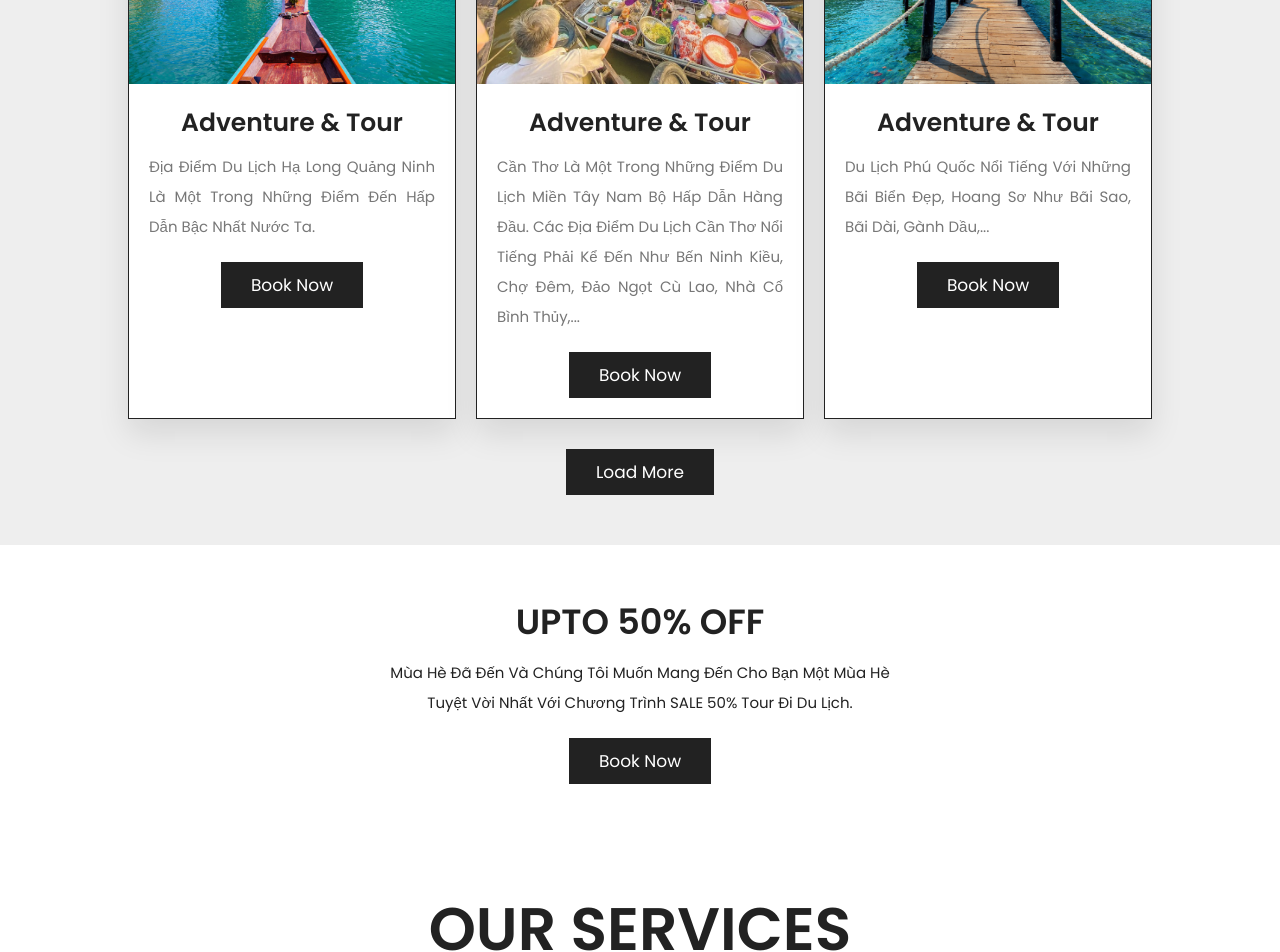
Repository: CTCuong/Traveloka-Web
Page: http://localhost/assets/home.php
An editor plug-in stored every save of this project. The page is shown before and after the next save, followed by the edit.
The browser window is 1280 px wide. The pictures show the part of the page from y = 1386 to 2338 px (the page is 3425 px tall before and 3365 px after).
Backgrounds fixed to the window are drawn as part of the page. The page is run by PHP 8.4 with error messages shown; the project is at /var/www/html/.

Above is the page before, as saved 2023-07-24 20:16:42.
Console error: TypeError: Cannot set properties of null (setting 'onclick')

### assets/home.php
<!DOCTYPE html>
<html lang="en">
<head>
    <meta charset="UTF-8">
    <meta name="viewport" content="width=device-width, initial-scale=1.0">
    <title>Vinfast</title>
    <!--swiper css-->
    <link rel="stylesheet"href="https://cdn.jsdelivr.net/npm/swiper@9/swiper-bundle.min.css"/>
    <!--font awesome link-->
    <link rel="stylesheet" href="https://cdnjs.cloudflare.com/ajax/libs/font-awesome/6.4.0/css/all.min.css">
    <!-- css file link -->
    <link rel="stylesheet" href="/assets/css/style.css">
</head>
<body>
    <!-- header section starts -->
    <section class="header">
        <a href="home.php" class="logo">Traveloka.</a>

        <nav class="navbar">
            <a href="home.php">Home</a>
            <a href="about.php">About</a>
            <a href="package.php">Package</a>
            <a href="book.php">Book</a>

        </nav>

        <div id="menu-btn" class="fas fa-bars"></div>
    </section>
    <!-- header section ends -->

    <!-- home section starts -->
    <section class="home">

        <div class="swiper home-slider">

            <div class="swiper-wrapper">

                <div class="swiper-slide slide" style="background: url(/assets/image/Content/1.jpg) no-repeat;">
                    <div class="content">
                        <span>tràn an, ninh bình</span>
                        <h3>travel arround việt nam</h3>
                        <a href="package.php" class="btn">discover more</a>
                    </div>
                </div>

                <div class="swiper-slide slide" style="background: url(/assets/image/Content/3.jpg) no-repeat;">
                    <div class="content">
                        <span>phố cổ hội an, đà nẵng</span>
                        <h3>discover the new places</h3>
                        <a href="package.php" class="btn">discover more</a>
                    </div>
                </div>

                <div class="swiper-slide slide" style="background: url(/assets/image/Content/2.jpg) no-repeat;">
                    <div class="content">
                        <span>phú quốc, vịnh thái lan</span>
                        <h3>make your tour worth while</h3>
                        <a href="package.php" class="btn">discover more</a>
                    </div>
                </div>

            </div>
            <div class="swiper-button-next"></div>
            <div class="swiper-button-prev"></div>
        </div>
    </section>
    <!-- home section ends -->

    <!-- home about section strats -->
    <section class="home-about">

        <div class="image">
            <img src="/assets/image/About/1.jpg" alt="">
        </div>

        <div class="content">
            <h3>about us</h3>
            <p>traveloka là một công ty du lịch trực tuyến hàng đầu tại Việt Nam. Chúng tôi cung cấp các dịch vụ đặt phòng khách sạn, vé máy bay,
             và các gói tour du lịch đa dạng, phục vụ nhu cầu của hàng triệu khách hàng trong và ngoài nước. Chúng tôi cam kết mang đến trải nghiệm
             đặt phòng và du lịch thuận tiện, nhanh chóng và tiết kiệm cho người dùng.</p>
            <a href="about.php" class="btn"> read more</a>
        </div>
    </section>

    <!-- home about section ends -->

    <!-- home package section starts -->
    <section class="home-packages">



        <div class="box-container">

            <div class="box">
                <div class="image">
                    <img src="/assets/image/Packages/1.jpg" alt="">
                </div>
                <div class="content">
                    <h3> adventure & tour </h3>
                    <p>Địa điểm du lịch Hạ Long Quảng Ninh là một trong những điểm đến hấp dẫn bậc nhất nước ta. </p>
                    <a href="book.php" class="btn"> book now </a>
                </div>
            </div>

            <div class="box">
                <div class="image">
                    <img src="/assets/image/Packages/3.jpg" alt="">
                </div>
                <div class="content">
                    <h3> adventure & tour </h3>
                    <p> Cần Thơ là một trong những điểm du lịch miền Tây Nam Bộ hấp dẫn hàng đầu. Các địa điểm du lịch Cần Thơ nổi tiếng phải kể đến như  bến Ninh Kiều, chợ Đêm, đảo ngọt Cù Lao, nhà cổ Bình Thủy,... </p>
                    <a href="book.php" class="btn"> book now </a>
                </div>
            </div>

            <div class="box">
                <div class="image">
                    <img src="/assets/image/Packages/2.jpg" alt="">
                </div>
                <div class="content">
                    <h3> adventure & tour </h3>
                    <p>Du lịch Phú Quốc nổi tiếng với những bãi biển đẹp, hoang sơ như Bãi Sao, Bãi Dài, Gành Dầu,...</p>
                    <a href="book.php" class="btn"> book now </a>
                </div>
            </div>

        </div>

        <div class="load-more"> <a href="package.php" class="btn">load more</a></div>

    </section>
    <!-- home package section ends -->

    <!-- home offer section starts -->

    <section class="home-offer">

        <div class="content">

            <h3> upto 50% off</h3>
            <p>Mùa hè đã đến và chúng tôi muốn mang đến cho bạn một mùa hè tuyệt vời nhất với chương trình SALE 50%
            tour đi du lịch. </p>
            <a href="book.php"class="btn"> book now </a>
        </div>
    </section>
    <!-- home offer section ends -->




    <!-- services section starts -->
    <section class="services">
        <h1 class="heading-title"> our services </h1>

        <div class="box-container">

            <div class="box">
                <img src="/assets/image/Services/1.png" alt="">
                <h3> adventure </h3>
            </div>

            <div class="box">
                <img src="/assets/image/Services/2.png" alt="">
                <h3> tour guide </h3>
            </div>

            <div class="box">
                <img src="/assets/image/Services/3.png" alt="">
                <h3> trekking </h3>
            </div>


            <div class="box">
                <img src="/assets/image/Services/4.png" alt="">
                <h3> cam fire </h3>
            </div>

            <div class="box">
                <img src="/assets/image/Services/5.png" alt="">
                <h3> off road </h3>
            </div>

            <div class="box">
                <img src="/assets/image/Services/6.png" alt="">
                <h3> camping </h3>
            </div>

        </div>
    </section>
    <!-- services section ends -->



    <!-- footer section starts -->

    <section class="footer">
        <div class="box-container">

            <div class="box">
                <h3>quick links</h3>
                <a href="home.php"><i class="fas fa-angle-right"></i>Home</a>
                <a href="about.php"><i class="fas fa-angle-right"></i>About</a>
                <a href="package.php"><i class="fas fa-angle-right"></i>Package</a>
                <a href="book.php"><i class="fas fa-angle-right"></i>Book</a>
            </div>

            <div class="box">
                <h3>extra links</h3>
                <a href="#"><i class="fas fa-angle-right"></i> ask question</a>
                <a href="#"><i class="fas fa-angle-right"></i> about us</a>
                <a href="#"><i class="fas fa-angle-right"></i> privacy policy</a>
                <a href="#"><i class="fas fa-angle-right"></i> terms of use</a>
            </div>

            <div class="box">
                <h3>contract info</h3>
                <a href="#"><i class="fas fa-phone"></i> +84 098-326-789 </a>
                <a href="#"><i class="fas fa-phone"></i> +84 023-908-7865 </a>
                <a href="#"><i class="fas fa-envelope"></i> travekhanas@gmail.com </a>
                <a href="#"><i class="fas fa-map"></i> HaNoi, VietNam   </a>
            </div>

            <div class="box">
                <h3>follow us</h3>
                <a href="#"><i class="fab fa-facebook"></i> facebook </a>
                <a href="#"><i class="fab fa-twitter"></i> twitter </a>
                <a href="#"><i class="fab fa-instagram"></i> instagram </a>
                <a href="#"><i class="fab fa-telegram"></i> telegram </a>
            </div>

        </div>

        <div class="credit"> created by <span>mr. Cao Tran Cuong</span> | all rights reserved! </div>
    </section>
    <!-- footer section ends -->

    <!--swiper js-->
    <script src="https://cdn.jsdelivr.net/npm/swiper@9/swiper-bundle.min.js"></script>
    <!-- js file link -->
    <script src="/assets/js/scrip.js"></script>
</body>
</html>

### assets/css/style.css
@import url('https://fonts.googleapis.com/css2?family=Poppins:ital,wght@0,100;0,200;0,300;0,400;0,500;0,600;1,100;1,200;1,300;1,400;1,500;1,600&display=swap');

:root {
    --main-color:#2c9ed3;
    --black:#222;
    --white: #fff;
    --light-black:#777;
    --light-white:#fff9;
    --drak-bg:rgba(0,0,0,.7);
    --light-bg:#eee;
    --border: .1rem solid #222;
    --text-shadow:0 1.5rem 3rem rgba(0,0,0,.3);
    --box-shadow:0 1.5rem 3rem rgba(0,0,0,.1);
}
* {
    font-family: 'Poppins', sans-serif;
    margin: 0; padding: 0;
    outline: none;border: none;
    box-sizing: border-box;
    text-decoration: none;
    text-transform: capitalize;

}

html {
    font-size: 62.5%;
    overflow-x: hidden;
}

html::-webkit-scrollbar {
    width : 1rem;
}

html::-webkit-scrollbar-track {
    background-color: var(--white);
}

html::-webkit-scrollbar-thumb {
    background-color: var(--main-color);
}
section {
    padding: 5rem 10%;
}
.header {
    position: sticky;
    top:0; left: 0; right: 0;
    z-index: 1000;
    background-color: var(--white);
    display: flex;
    padding-top: 2rem;
    padding-bottom: 2rem;
    box-shadow: var(--box-shadow);
    align-items: center;
    justify-content:space-between;
}

.header .logo {
    font-size: 2.5rem;
    color: var(--black);
    font-weight: bold;
}

.header .navbar a {
    font-size: 2rem;
    margin-left: 2rem;
    color: var(--black);
}

#menu-btn {
    font-size: 2.5rem;
    color: var(--black);
    cursor: pointer;
    display: none;
}

.home {
    padding: 0;
}

.home .slide {
    text-align: center;
    padding: 2rem;
    display: flex;
    align-items: center;
    justify-content: center;
    background-size: cover !important;
    background-position: center !important;
    min-height: 60rem;
}

.home .slide .content {
    width: 85rem;
    display: none;
}

.home .swiper-slide-active .content {
    display: inline-block;
}

.home .slide .content span {
    display: block;
    font-size: 2.2rem;
    color: var(--light-white);
    padding-bottom: 1rem;
    animation:fadeIn .4s linear backwards .2s;
}

.home .slide .content h3 {
    font-size: 6vw;
    color: var(--white);
    text-transform: uppercase;
    line-height: 1;
    text-shadow: var(--text-shadow);
    padding: 1rem 0;
    animation:fadeIn .4s linear backwards .4s;
}

.home .slide .content .btn {
    animation:fadeIn .4s linear backwards .6s;
}


@keyframes fadeIn {
    0% {
        transform: scale(0);
        opacity: 0;
    }
}


.heading {
    background-size: cover !important;
    background-position: center !important;
    padding-top: 10rem;
    padding-bottom: 15rem;
    display: flex;
    align-items: center;
    justify-content: center;
}

.heading h1 {
    font-size: 10rem;
    text-transform: uppercase;
    color: var(--white);
    text-shadow: var(--box-shadow);
}

.about {
    display: flex;
    align-items: center;
    flex-wrap: wrap;
    gap:3rem;
}

.about .image {
    flex: 1 1 41rem;
}

.about .image img {
    width: 100%;
}

.about .content {
    flex: 1 1 41rem;
    text-align: center;
}

.about .content h3 {
    font-size: 3rem;
    color: var(--black);
}

.about .content p {
    font-size: 1.5rem;
    color: var(--light-black);
    line-height: 2;
    padding: 1rem 0;
    text-align: justify;
}

.about .content .icons-container {
    margin-top: 2rem;
    display: flex;
    flex-wrap: wrap;
    gap :1.5rem;
    align-items: flex-end;
}

.about .content .icons-container .icons {
    background: var(--light-bg);
    padding: 2rem;
    flex: 1 1  10rem;
}

.about .content .icons-container .icons i {
    font-size: 4rem;
    margin-top: 2rem;
    color:  var(--main-color);
}

.about .content .icons-container .icons span {
    font-size: 1.5rem;
    color: var(--light-black);
    display: block;
}

.reviews {
    background: var(--light-bg);
}

.reviews .slide {
    padding: 2rem;
    border: var(--border);
    background: var(--white);
    text-align: center;
    box-shadow: var(--box-shadow);
    user-select: none;
}

.reviews .slide .stars i {
    font-size: 1.7rem;
    color: var(--main-color);
}

.reviews .slide p {
    font-size: 1.5rem;
    color: var(--light-black);
    line-height: 2;
    padding: 1rem 0;
    text-align: justify;
}

.reviews .slide h3 {
    font-size: 2rem;
    color: var(--black);
}

.reviews .slide span {
    font-size: 1.5rem;
    color: var(--main-color);
    display: block;
}

.reviews .slide img {
    height: 7rem;
    width: 7rem;
    border-radius: 50%;
    object-fit: cover;
    margin-top: 1rem;
}

.reviews .slide .stars {
    padding-bottom: .5rem;
}




.btn {
    display: inline-block;
    background: var(--black);
    margin-top: 1rem;
    color: var(--white);
    font-size: 1.7rem;
    padding: 1rem 3rem;
    cursor: pointer;

}

.btn:hover {
    background: var(--main-color);
}

.home-about {
    display: flex;
    align-items: center;
    flex-wrap: wrap;
}

.home-about .image {
    flex: 1 1 41rem;
}

.home-about .image img {
    width: 100%;

}

.home-about .content {
    flex: 1 1 41rem;
    padding: 3rem;
    background: var(--light-bg);
}

.home-about .content h3 {
    font-size: 3rem;
    color: var(--black);
}

.home-about .content p {
    font-size: 1.5rem;
    padding: 1rem;
    line-height:2 ;
    color: var(--black);
    text-align: justify;
}

.home-packages {
    background: var(--light-bg);
}

.home-packages .box-container .box {
    border: var(--border);
    box-shadow: var(--box-shadow);
    background: var(--white);
}

.home-packages .box-container {
    display: grid;
    grid-template-columns: repeat(auto-fit, minmax(30rem, 1fr));
    gap : 2rem;
}

.home-packages .box-container .box .image {
    height: 25rem;
    overflow: hidden;
}

.home-packages .box-container .box .image img {
    height: 100%;
    width: 100%;
    object-fit: cover;
    transition: .2s linear;
}

.home-packages .box-container .box:hover .image img {
    transform: scale(1.1);

}

.home-packages .box-container .box .content {
    padding: 2rem;
    text-align: center;

}

.home-packages .box-container .box .content h3 {
    font-size: 2.5rem;
    color: var(--black);
}

.home-packages .box-container .box .content p {
    font-size: 1.5rem;
    color: var(--light-black);
    line-height: 2;
    padding: 1rem 0;
    text-align: justify;
}

.home-packages .load-more {
    text-align: center;
    margin-top: 2rem;
}

.home-offer {
    text-align: center;
}

.home-offer .content {
    max-width: 50rem;
    margin: 0 auto;
}

.home-offer .content h3 {
    font-size: 3.5rem;
    text-transform: uppercase;
    color: var(--black);
}

.home-offer .content p {
    font-size: 1.5rem;
    color: var(--black);
    line-height: 2;
    padding: 1rem 0;
}


.services .box-container {
    display: grid;
    grid-template-columns: repeat(auto-fit, minmax(16rem, 1fr));
    gap : 1.5rem;
}

.services .box-container .box {
    padding: 3rem 2rem;
    text-align: center;
    background: var(--main-color);
    cursor: pointer;
}


.services .box-container .box:hover {
    background: var(--black) ;
}

.services .box-container .box h3 {
    color: var(--white);
    font-size: 1,7rem;
    padding-top: 1rem;
}

.services .box-container .box img {
    height: 7rem;
}

.heading-title {
    text-align: center;
    margin-bottom: 3rem;
    font-size: 6rem;
    text-transform: uppercase;
    color: var(--black);
}

.packages .box-container .box {
    border: var(--border);
    box-shadow: var(--box-shadow);
    background: var(--white);
    display: none;
}

.packages .box-container .box:nth-child(1),
.packages .box-container .box:nth-child(2),
.packages .box-container .box:nth-child(3),
.packages .box-container .box:nth-child(4),
.packages .box-container .box:nth-child(5),
.packages .box-container .box:nth-child(6){
    display: inline-block;
}

.packages .box-container {
    display: grid;
    grid-template-columns: repeat(auto-fit, minmax(30rem, 1fr));
    gap : 2rem;
}

.packages .box-container .box .image {
    height: 25rem;
    overflow: hidden;
}

.packages .box-container .box .image img {
    height: 100%;
    width: 100%;
    object-fit: cover;
    transition: .2s linear;
}

.packages .box-container .box:hover .image img {
    transform: scale(1.1);

}

.packages .box-container .box .content {
    padding: 2rem;
    text-align: center;

}

.packages .box-container .box .content h3 {
    font-size: 2.5rem;
    color: var(--black);
}

.packages .box-container .box .content p {
    font-size: 1.5rem;
    color: var(--light-black);
    line-height: 2;
    padding: 1rem 0;
}

.packages .load-more {
    text-align: center;
    margin-top: 2rem;
}

.booking .book-form {
    padding: 2rem;
    background: var(--light-bg);
}

.booking .book-form .flex {
    display: flex;
    flex-wrap: wrap;
    gap: 2rem;
}

.booking .book-form .flex .inputBox {
    flex: 1 1 41rem;
}

.booking .book-form .flex .inputBox input{
    width: 100%;
    padding: 1.2rem 1.4rem;
    font-size: 1.6rem;
    color: var(--light-black);
    text-transform: none;
    margin-top: 1.5rem;
    border: var(--border);
}

.booking .book-form .flex .inputBox input:focus {
    background: var(--black);
    color: var(--white);
}

booking .book-form .flex .inputBox input:focus::placeholder {
    background: var(--black);
    color: var(--light-white);
}

booking .book-form .flex .inputBox span {
    font-size: 1.5rem;
    color: var(--light-black);
}

.booking .book-form .btn {
    margin-top: 2rem;
}



























.footer {
    background:url(/assets/image/Footer/low-angle-nature-night-time.jpg) no-repeat;
    background-size: cover;
    background-position: center;
    background-attachment: fixed;
}

.footer .box-container {
    display: grid;
    grid-template-columns: repeat(auto-fit, minmax(25rem, 1fr));
    gap : 3rem;
}

.footer .box-container .box h3{
    color: var(--white);
    font-size: 2.5rem;
    padding-bottom: 2rem;
}

.footer .box-container .box a {
    color: var(--light-white);
    font-size: 1.5rem;
    padding-bottom: 1.5rem;
    display: block;
}

.footer .box-container .box a i {
    color: var(--main-color);
    padding-right: .5rem;
    transition: .2s linear ;
}

.footer .box-container .box a:hover i {
    padding-right: 2rem;
}

.footer .credit {
    text-align: center;
    padding-top: 3.5rem;
    margin-top: 3rem;
    border-top: .1rem solid var(--light-bg);
    font-size: 2rem;
    color: var(--white);
}

.footer .credit span {
    color:var(--main-color);
}



/* media queries */
@media (max-width:1200px) {

    section {
        padding: 3rem 5%;
    }

}

@media (max-width:991px) {

    html {
        font-size: 55%;
    }

    section {
        padding: 3rem 2rem;
    }

    .home .slide .content h3 {
        font-size: 10vw;
    }
}

@media (max-width:768px) {
    #menu-btn {
         display: inline-block;
         transition: .2s linear;
    }

    #menu-btn.fa-times {
        transform: rotate(180deg);
    }

    .header .navbar {
        position: absolute;
        top:99%; left:0; right:0;
        background-color: var(--white);
        border-top: var(--border);
        padding: 2rem;
        transition: .2s linear;
        clip-path: polygon(0 0, 100% 0, 100% 0, 0 0);
    }

    .header .navbar.active {
        clip-path: polygon(0 0, 100% 0, 100% 100%, 0 100%);
    }

    .header .navbar a {
        display:block;
        margin: 2rem;
        text-align: center ;
    }

}
@media (max-width:450px) {

    html {
        font-size: 50%;
    }

    .heading-title {
        font-size: 3.5rem;
    }

}

### assets/js/scrip.js
let menu = document.querySelector('#menu-btn');
let navbar = document.querySelector('.header .navbar');

menu.onclick = () =>{
    menu.classList.toggle('fa-times');
    navbar.classList.toggle('active');
};

window.onscroll = () => {
    menu.classList.remove('fa-times')
    navbar.classList.remove('active')

};

var swiper = new Swiper(".home-slider", {
  loop:true,
  navigation: {
    nextEl: ".swiper-button-next",
    prevEl: ".swiper-button-prev",
  },
});



var swiper = new Swiper(".reviews-slider", {
  slidesPerView: 3,
  spaceBetween:30,
  slidesPerGroup:3,
  loop:true,
  loopFillGroupWithBlank: true,
  pagination: {
    el:".swiper-pagination",
    clickable:true,
  },
  navigation: {
    nextEl:".swiper-button-next",
    prevEl:".swiper-button-prev",
  },
});

let loadMoreBtn = document.querySelector('.packages .load-more .btn');
let currentItem = 3;

loadMoreBtn.onclick = () =>{
  let boxes = [...document.querySelectorAll('.packages .box-container .box')];
  for (var i = currentItem; i < currentItem + 3; i ++){
    boxes[i].style.display = 'inline-block';
  };
  currentItem +=3;
  if(currentItem >=boxes.length){
    loadMoreBtn.style.display = 'none';
  }
}

After the next save:
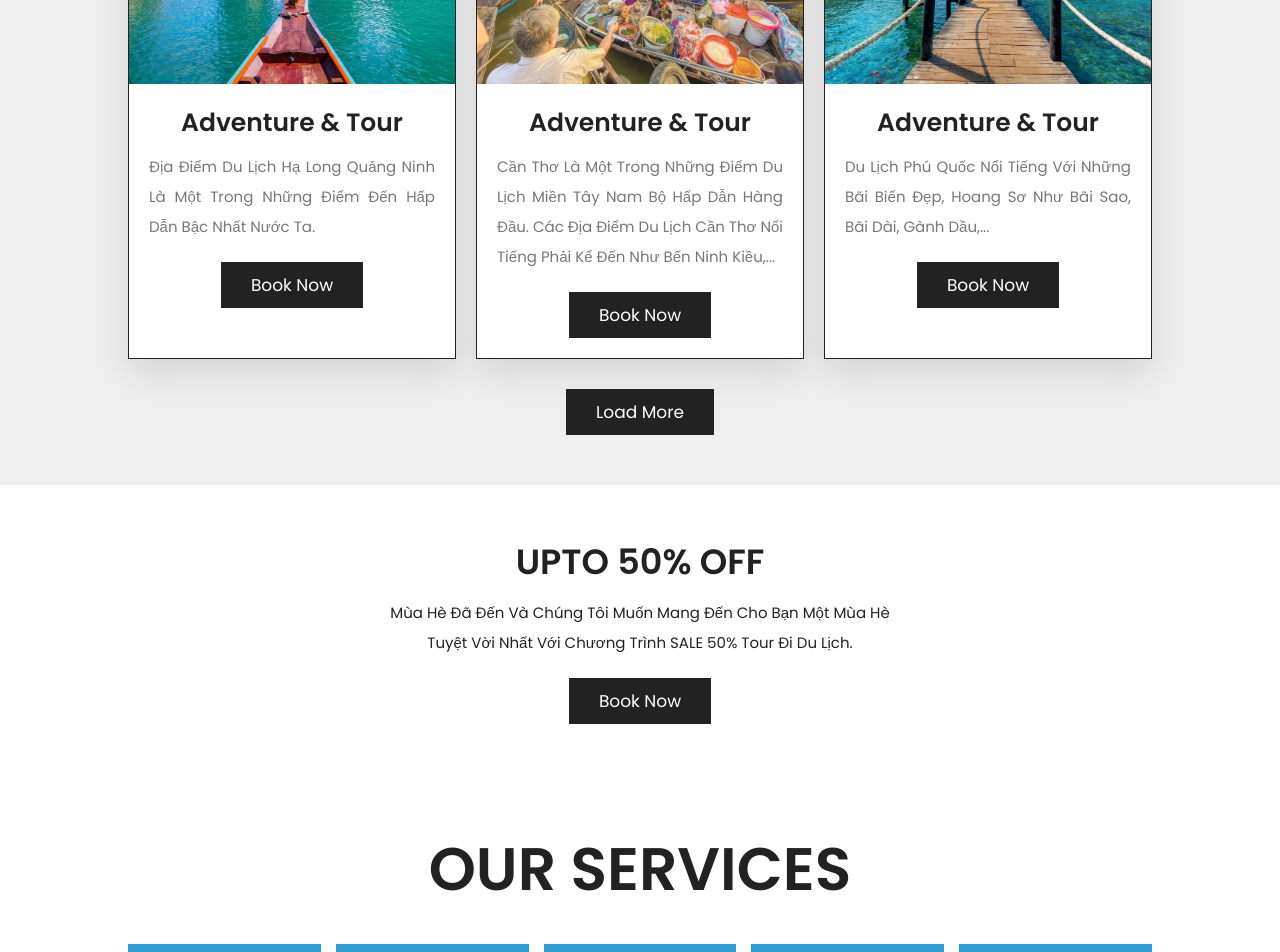
Saved 101 s later.
--- a/assets/home.php
+++ b/assets/home.php
@@ -108,7 +108,7 @@
                 </div>
                 <div class="content">
                     <h3> adventure & tour </h3>
-                    <p> Cần Thơ là một trong những điểm du lịch miền Tây Nam Bộ hấp dẫn hàng đầu. Các địa điểm du lịch Cần Thơ nổi tiếng phải kể đến như  bến Ninh Kiều, chợ Đêm, đảo ngọt Cù Lao, nhà cổ Bình Thủy,... </p>
+                    <p> Cần Thơ là một trong những điểm du lịch miền Tây Nam Bộ hấp dẫn hàng đầu. Các địa điểm du lịch Cần Thơ nổi tiếng phải kể đến như  bến Ninh Kiều,... </p>
                     <a href="book.php" class="btn"> book now </a>
                 </div>
             </div>
